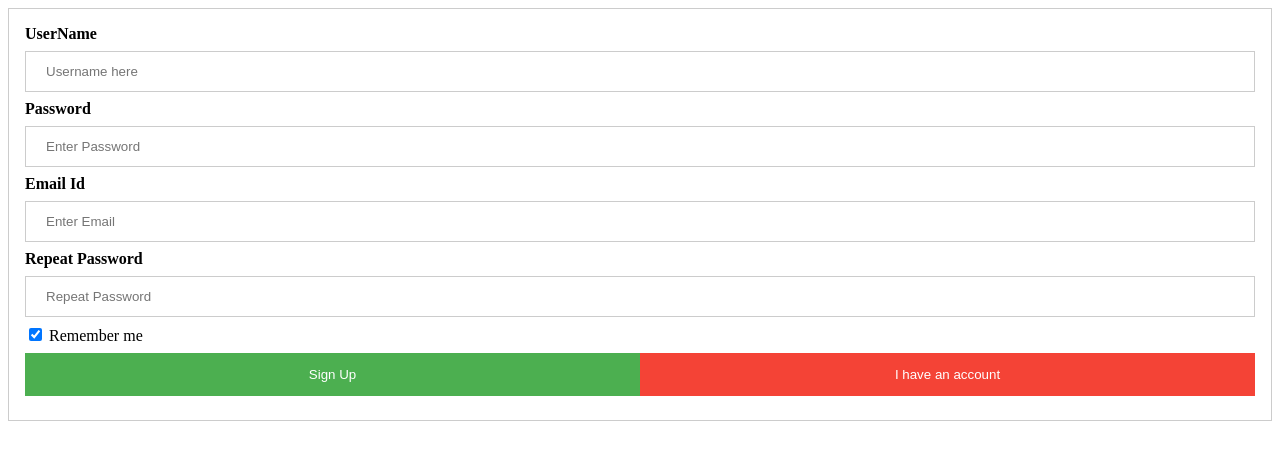
Repository: hamshini/demopro
Page: wippro/Application/WebContent/signup.html
An editor plug-in stored every save of this project. The page is shown before and after the next save, followed by the edit.
The browser window is 1280 px wide. The pictures show the whole page.

Above is the page before, as saved 2018-01-06 05:48:10.

### wippro/Application/WebContent/signup.html
<!DOCTYPE html>
<html>
<head>
<meta charset="ISO-8859-1">
<title>signup</title>
</head>
<style>
/* Full-width input fields */
input[type=text], input[type=password] {
    width: 100%;
    padding: 12px 20px;
    margin: 8px 0;
    display: inline-block;
    border: 1px solid #ccc;
    box-sizing: border-box;
}

/* Set a style for all buttons */
button {
    background-color: #4CAF50;
    color: white;
    padding: 14px 20px;
    margin: 8px 0;
    border: none;
    cursor: pointer;
    width: 100%;
}

/* Extra styles for the cancel button */
.cancelbtn {
    padding: 14px 20px;
    background-color: #f44336;
}

/* Float cancel and signup buttons and add an equal width */
.cancelbtn,.signupbtn {
    float: left;
    width: 50%;
}

/* Add padding to container elements */
.container {
    padding: 16px;
}

/* Clear floats */
.clearfix::after {
    content: "";
    clear: both;
    display: table;
}

/* Change styles for cancel button and signup button on extra small screens */
@media screen and (max-width: 300px) {
    .cancelbtn, .signupbtn {
       width: 100%;
    }
}
</style>
<body>

<form action="/action_page.php" style="border:1px solid #ccc">
  <div class="container">
<label><b>UserName</b></label>
    <input type="text" placeholder="Username here" name="usr" required>

    <label><b>Password</b></label>
    <input type="password" placeholder="Enter Password" name="psw" required>

    <label><b>Email Id</b></label>
    <input type="text" placeholder="Enter Email" name="email" required>



    <label><b>Repeat Password</b></label>
    <input type="password" placeholder="Repeat Password" name="psw-repeat" required>
    <input type="checkbox" checked="checked"> Remember me

    <div class="clearfix">
      <button type="submit" class="signupbtn">Sign Up</button>
      <button type="button" class="cancelbtn">I have an account</button>
    </div>
  </div>
</form>
</body>
</html>

After the next save:
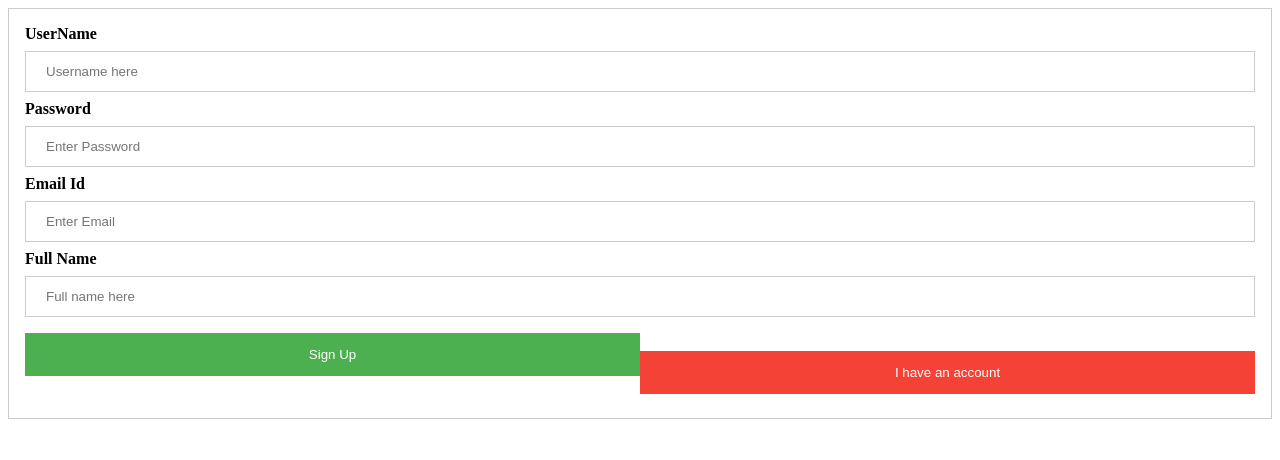
Saved 2 min 15 s later.
--- a/wippro/Application/WebContent/signup.html
+++ b/wippro/Application/WebContent/signup.html
@@ -72,12 +72,13 @@ button {
 
 
 
-    <label><b>Repeat Password</b></label>
-    <input type="password" placeholder="Repeat Password" name="psw-repeat" required>
-    <input type="checkbox" checked="checked"> Remember me
+    <label><b>Full Name</b></label>
+    <input type="text" placeholder="Full name here" name="full-name" required>
+
 
     <div class="clearfix">
       <button type="submit" class="signupbtn">Sign Up</button>
+      <br>
       <button type="button" class="cancelbtn">I have an account</button>
     </div>
   </div>
